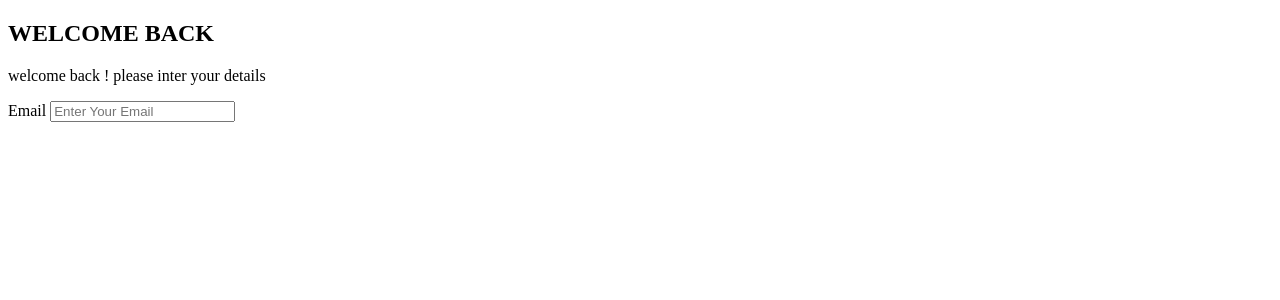
Repository: hiba2337/Fromix
Page: login.html
These files come from the project's save history. The page is drawn as it stood at one moment and after the next save; the edit follows.
The browser window is 1280 px wide. The pictures show the whole page.

Above is the page before, as saved 2025-10-25 13:36:36.

After the next save:
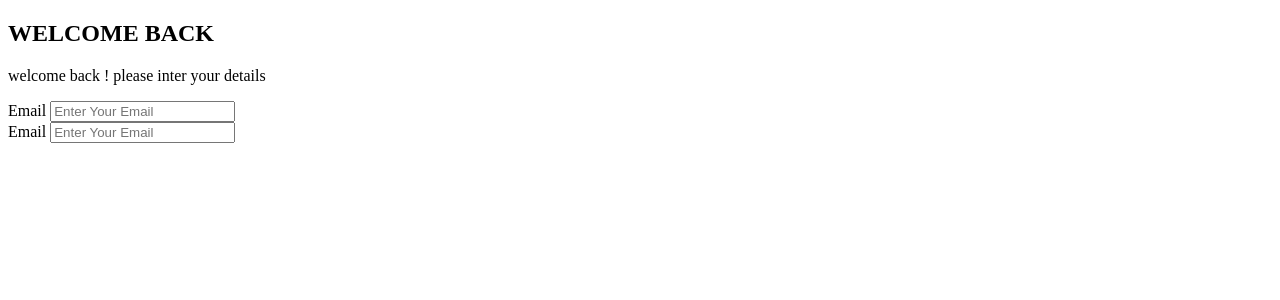
Saved 7 s later.
--- a/login.html
+++ b/login.html
@@ -18,6 +18,10 @@
         <label for="email">Email</label>
         <input type="email" name="email" id="email" placeholder="Enter Your Email">
     </div>
+    <div class="email">
+        <label for="email">Email</label>
+        <input type="email" name="email" id="email" placeholder="Enter Your Email">
+    </div>
    </form>
 
 </div>
